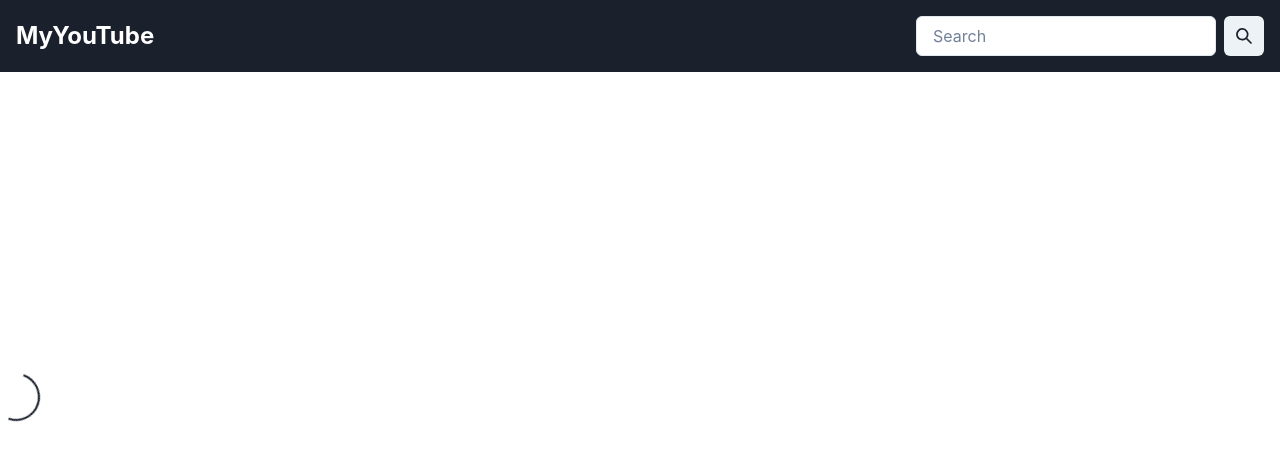
Repository: JuniorDevChris/YouTube-Engagement-Metrics
Page: /
An editor plug-in stored every save of this project. The page is shown before and after the next save, followed by the edit.
The browser window is 1280 px wide. The pictures show the whole page.
The project was rebuilt for these pictures with package versions that can differ from the ones it lists, and the page was loaded fresh each time. Also part of the build but not shown: vite.config.ts, src/App.css.

Above is the page before, as saved 2024-07-16 21:52:50.

After the next save:
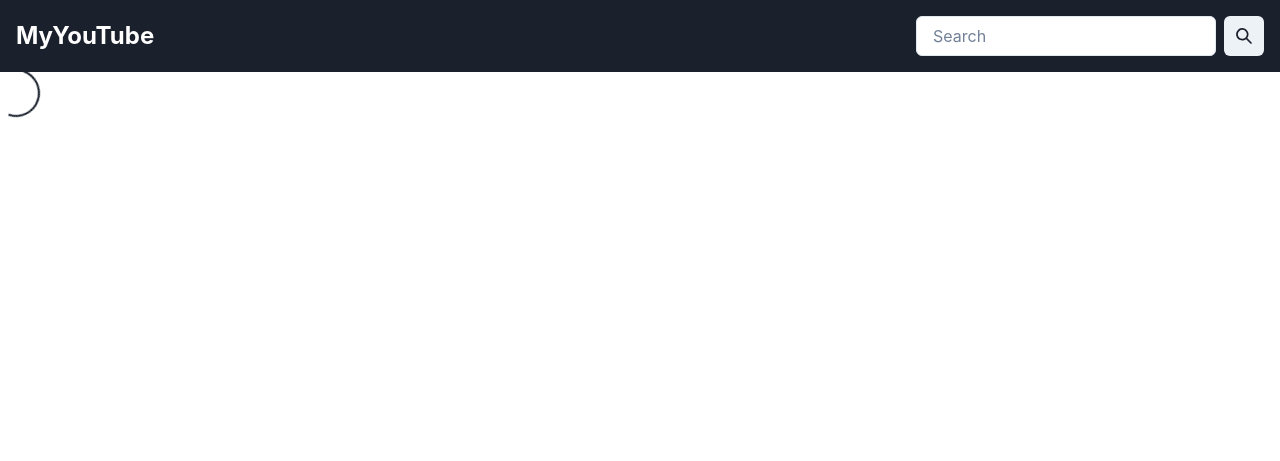
Saved 58 s later.
--- a/src/App.tsx
+++ b/src/App.tsx
@@ -74,10 +74,10 @@
       <Box
         mt="80px"
         p={4}
-        flex="1"
-        display="flex"
-        justifyContent="center"
-        alignItems="center"
+        // flex="1"
+        // display="flex"
+        // justifyContent="center"
+        // alignItems="center"
         width="100%"
       >
         {error && (

After the save that followed:
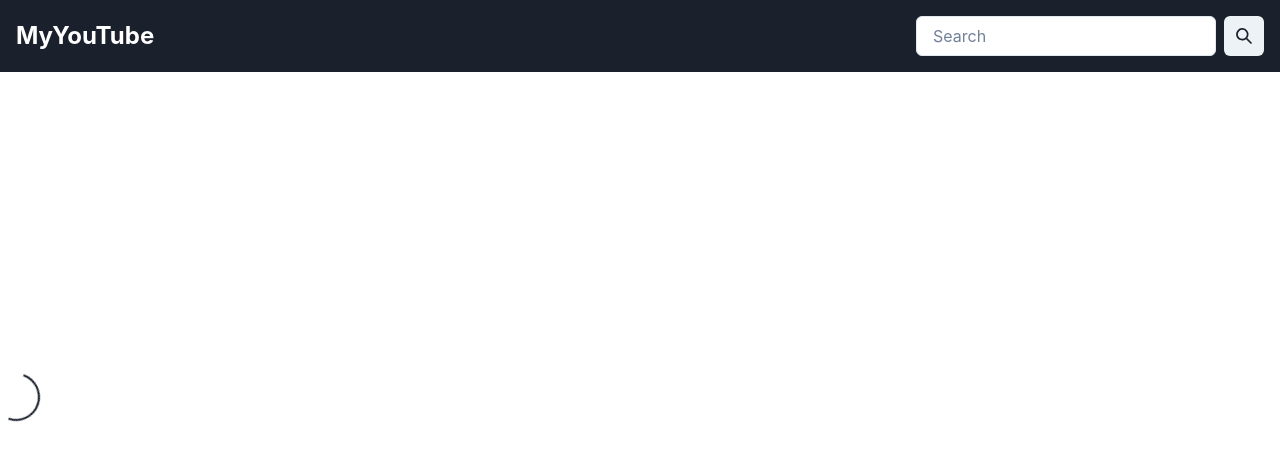
Saved 5 s later.
--- a/src/App.tsx
+++ b/src/App.tsx
@@ -74,10 +74,10 @@
       <Box
         mt="80px"
         p={4}
-        // flex="1"
-        // display="flex"
-        // justifyContent="center"
-        // alignItems="center"
+        flex="1"
+        display="flex"
+        justifyContent="center"
+        alignItems="center"
         width="100%"
       >
         {error && (
